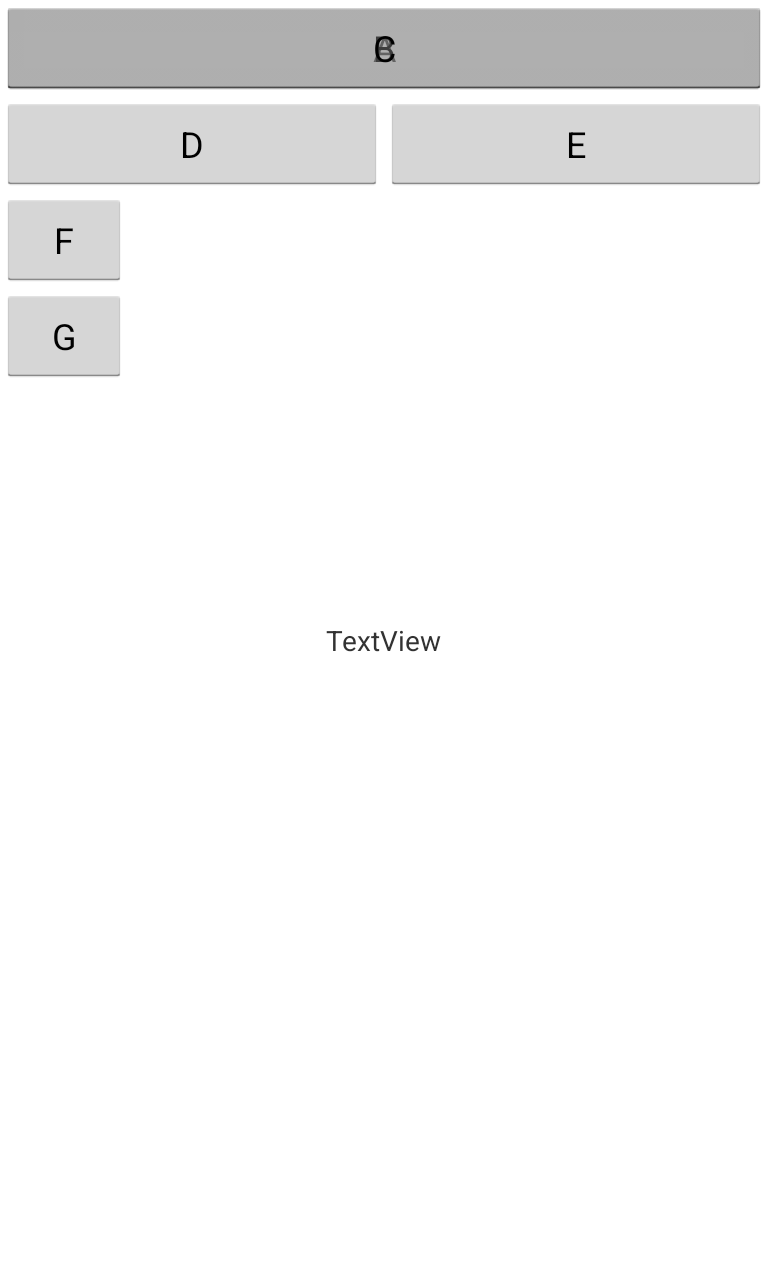
Repository: iracom/ejercicios-android
Layout: Layouts/res/layout/activity_relative.xml
These files come from the project's save history. The layout is drawn as it stood at one moment and after the next save; the edit follows.
It is drawn on a 768 x 1280 px phone screen (xhdpi) without system bars, with theme AppTheme; the app's code is not run.

Above is the layout before, as saved 2014-05-07 07:39:36.

After the next save:
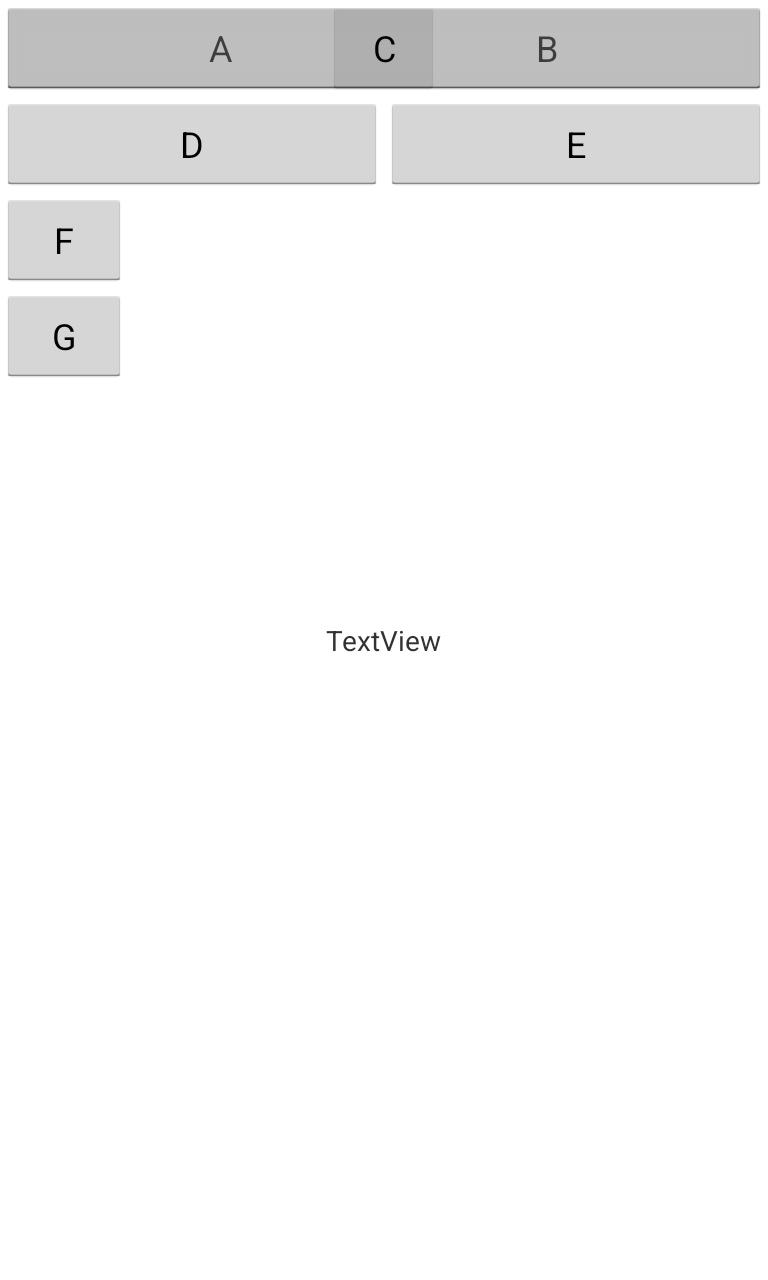
Saved 53 s later.
--- a/Layouts/res/layout/activity_relative.xml
+++ b/Layouts/res/layout/activity_relative.xml
@@ -10,6 +10,7 @@
         android:id="@+id/button1"
         android:layout_width="match_parent"
         android:layout_height="wrap_content"
+        android:layout_alignRight="@id/textView1"
         android:text="@string/button_a" />
 
     <TextView
@@ -23,6 +24,7 @@
         android:id="@+id/button2"
         android:layout_width="match_parent"
         android:layout_height="wrap_content"
+        android:layout_alignLeft="@id/textView1"
         android:text="@string/button_b" />
 
     <Button
